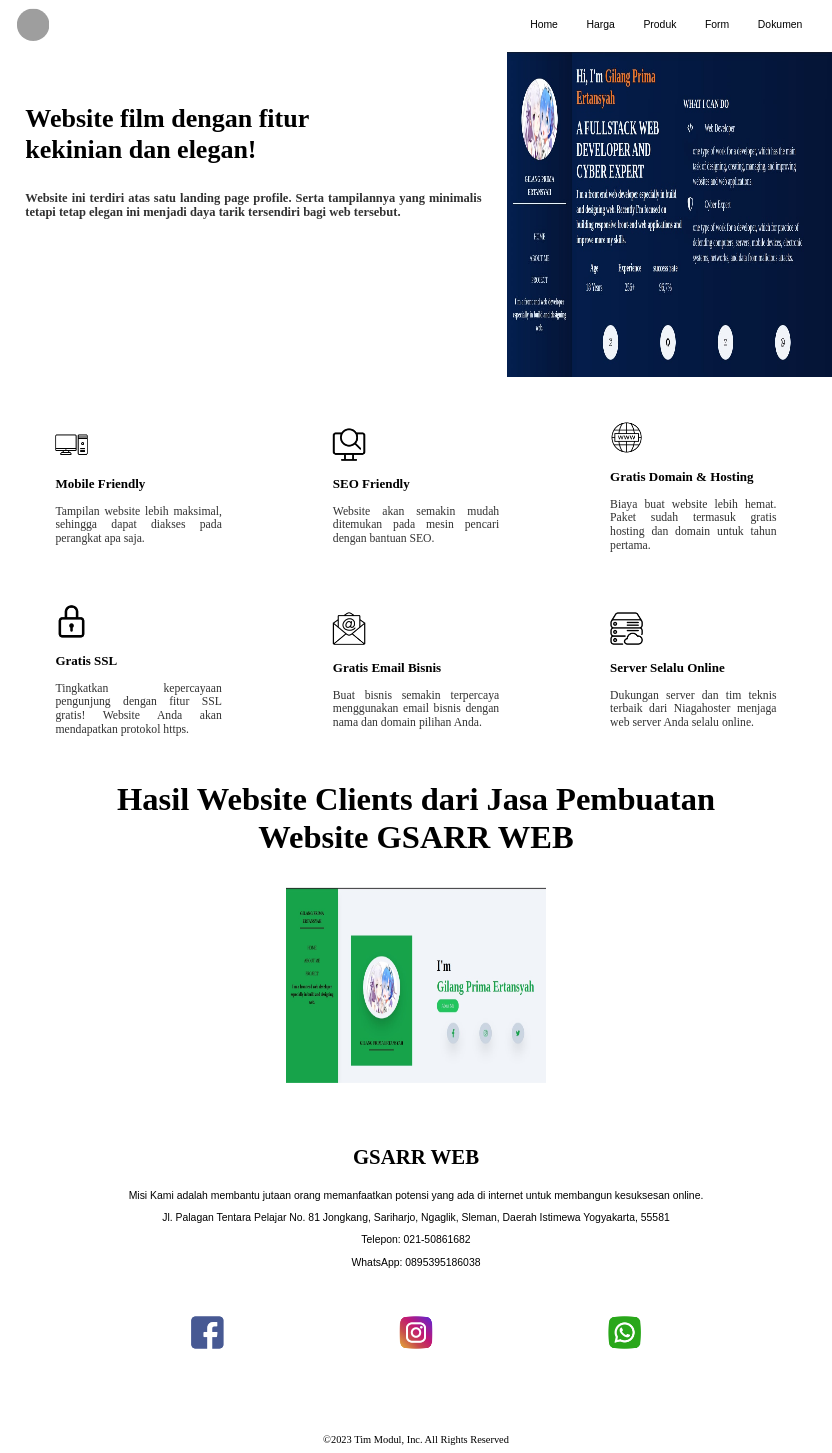
Repository: zecht12/TimModul
Page: JenisWeb/Web8.html
The author's editor kept a copy of each file at every save. The page is drawn from the files as they stood at one save, then again after the next save.
The browser window is 1280 px wide. The pictures show the whole page, at 65% of full size.
Pictures or frames that could not be fetched are drawn as grey boxes.

Above is the page before, as saved 2023-04-26 15:20:31.

### JenisWeb/Web8.html
<!DOCTYPE html>
<html lang="en">
<head>
    <meta charset="UTF-8">
    <meta http-equiv="X-UA-Compatible" content="IE=edge">
    <meta name="viewport" content="width=device-width, initial-scale=1.0">
    <link rel="stylesheet" href="../style.css">
    <script src="script.js"></script>
    <title>Document</title>
</head>
<body style="margin: auto;">
    <div>
        <div style="height: 80px; width: 100%; background-color: white;">
            <header>
                <img src="../assets/wallpaper.jpg" alt="Image" style="height: 50px; width: 50px; border-radius: 100%;" >
                <ul class="nav_links">
                    <li><a href="../TimModul.html">Home</a></li>
                    <li><a href="../TimModul.html">Harga</a></li>
                    <li><a href="../TimModul.html">Produk</a></li>
                    <li><a href="../TimModul.html">Form</a></li>
                    <li><a href="../TimModul.html">Dokumen</a></li>
                </ul>
            </headers>
        </div>
        <div style="display: flex; justify-content: space-between; align-items: start;">
            <div>
                <div style=" display: flex; justify-content: center; align-items: start;">
                    <div style="padding: 5%;">
                        <p style=" color: black; font-size: 40px; font-weight: bold; width: 80%;">Website film dengan fitur kekinian dan elegan!</p>
                        <p style="color: rgb(49, 49, 49); text-align: justify; font-weight: bold; font-size: larger;">Website ini terdiri atas satu landing page profile. Serta tampilannya yang minimalis tetapi tetap elegan ini menjadi daya tarik tersendiri bagi web tersebut.</p>
                    </div>
                </div>
            </div>
            <div>
                <img src="../assets/web4.jpg" alt="logo" width="500px" height="500px">
            </div>
        </div>
        <div style="display: flex; justify-content: space-around; align-items: center; padding-top: 5%;">
            <div style="display: flex; justify-content: center; align-items: center; width: 20%;">
                <div>
                    <img src="../assets/computer.png" alt="comp" width="50px" height="50px">
                    <p style="font-weight: bold; font-size: 20px;">Mobile Friendly</p>
                    <p style="color: rgb(49, 49, 49); text-align: justify; font-size: large;">Tampilan website lebih maksimal, sehingga dapat diakses pada perangkat apa saja.</p>
                </div>
            </div>
            <div style="display: flex; justify-content: center; align-items: center; width: 20%;">
                <div>
                    <img src="../assets/computer1.png" alt="comp" width="50px" height="50px">
                    <p style="font-weight: bold; font-size: 20px;">SEO Friendly</p>
                    <p style="color: rgb(49, 49, 49); text-align: justify; font-size: large;">Website akan semakin mudah ditemukan pada mesin pencari dengan bantuan SEO.</p>
                </div>
            </div>
            <div style="display: flex; justify-content: center; align-items: center; width: 20%;">
                <div>
                    <img src="../assets/domain.png" alt="comp" width="50px" height="50px">
                    <p style="font-weight: bold; font-size: 20px;">Gratis Domain & Hosting</p>
                    <p style="color: rgb(49, 49, 49); text-align: justify; font-size: large;">Biaya buat website lebih hemat. Paket sudah termasuk gratis hosting dan domain untuk tahun pertama.</p>
                </div>
            </div>
        </div>
        <div style="display: flex; justify-content: space-around; align-items: center; padding-top: 5%;">
            <div style="display: flex; justify-content: center; align-items: center; width: 20%;">
                <div>
                    <img src="../assets/padlock.png" alt="comp" width="50px" height="50px">
                    <p style="font-weight: bold; font-size: 20px;">Gratis SSL</p>
                    <p style="color: rgb(49, 49, 49); text-align: justify; font-size: large;">Tingkatkan kepercayaan pengunjung dengan fitur SSL gratis! Website Anda akan mendapatkan protokol https.</p>
                </div>
            </div>
            <div style="display: flex; justify-content: center; align-items: center; width: 20%;">
                <div>
                    <img src="../assets/email.png" alt="comp" width="50px" height="50px">
                    <p style="font-weight: bold; font-size: 20px;">Gratis Email Bisnis</p>
                    <p style="color: rgb(49, 49, 49); text-align: justify; font-size: large;">Buat bisnis semakin terpercaya menggunakan email bisnis dengan nama dan domain pilihan Anda.</p>
                </div>
            </div>
            <div style="display: flex; justify-content: center; align-items: center; width: 20%;">
                <div>
                    <img src="../assets/servers.png" alt="comp" width="50px" height="50px">
                    <p style="font-weight: bold; font-size: 20px;">Server Selalu Online</p>
                    <p style="color: rgb(49, 49, 49); text-align: justify; font-size: large;">Dukungan server dan tim teknis terbaik dari Niagahoster menjaga web server Anda selalu online.</p>
                </div>
            </div>
        </div>
        <div>
            <div style=" display: flex; justify-content: center; align-items: center;">
                <p style="text-align: center; color: black; font-size: 50px; font-weight: bold; width: 80%;">Hasil Website Clients dari Jasa Pembuatan Website GSARR WEB</p>
            </div>
            <div style="display: flex; justify-content: space-around; align-items: center;">
                <div style="display: flex; justify-content: center; align-items: center;">
                    <img src="../assets/web7.jpg" alt="logo" width="400px" height="300px">
                </div>
            </div>
        </div>
        <div style="height: 70vh; width: 100%; background-color: white; margin: auto; justify-content: center; align-items: center;">
            <div style="padding: 5%;">
                <p style="text-align: center; color: black; font-size: xx-large; font-weight: bold;">GSARR WEB</p>
                <p style="text-align: center; font: caption;">Misi Kami adalah membantu jutaan orang memanfaatkan potensi yang ada di internet untuk membangun kesuksesan online.</p>
                <p style="text-align: center; font: caption;">Jl. Palagan Tentara Pelajar No. 81 Jongkang, Sariharjo, Ngaglik, Sleman, Daerah Istimewa Yogyakarta, 55581</p>
                <div>
                    <p style="text-align: center; font: caption;">Telepon: 021-50861682</p>
                    <p style="text-align: center; font: caption;">WhatsApp: 0895395186038</p>
                </div>
                <div class="Social" style="display: flex; align-items: center; justify-content: space-between; background-color: transparent; gap: 20px; padding-left: 20%; padding-right: 20%; padding-top: 5%; ">
                    <a href="" style="background-color: #fff;">
                        <img src="/assets/facebook.png" alt="FB" width="50px" height="50px">
                    </a>
                    <a href="">
                        <img src="/assets/instagram.png" alt="FB" width="50px" height="50px">
                    </a>
                    <a href="">
                        <img src="/assets/whatsapp.png" alt="FB" width="50px" height="50px">
                    </a>
                </div>
            </div>
        </div>
        <div style="height: 50px; width: 100%; background-color: white; margin: auto; justify-content: center; align-items: center;">
            <p style="color: black; text-align: center; padding-top: 20px;">&copy;2023 Tim Modul, Inc. All Rights Reserved</p>
        </div>
    </div>
</body>
</html>

### style.css
body{
    height: auto;
    width: 100%;
    margin: auto;
    padding: auto;
}
header{
    display: flex;
    align-items: center;
    justify-content: space-between;
    padding-left: 2%;
    padding-right: 2%;
    padding-top: 1%;
}
li,a, button{
    font-family: "Montserrat", sans-serif;
    font-size: 16px;
    color: black;
    text-decoration: none;
}
.produk{
    padding-left: 5%;
    padding-right: 5%;
    padding-top: 3%;
    display: flex;
    justify-content: space-around;
    align-items: center;
}
.produk1{
    padding-left: 5%;
    padding-right: 5%;
    padding-top: 3%;
    display: flex;
    justify-content: space-around;
    align-items: center;
}
.produk2{
    padding-left: 5%;
    padding-right: 5%;
    padding-top: 3%;
    display: flex;
    justify-content: space-evenly;
    align-items: center;
}
.produk a:hover{
    transform: scale(110%);
}
.produk1 a:hover{
    transform: scale(110%);
}
.produk2 a:hover{
    transform: scale(110%);
}
.nav_links{
    list-style: none;
}
.nav_links li{
    display: inline-block;
    padding: 0px 20px;
}
.nav_links li a:hover{
    color: #0088a9;
}
.forms{
    height: auto;
    width: 100%;
    display: flex;
    justify-content: center;
    align-items: center;
    padding-top: 1%;
    padding-bottom: 5%;

}
label {
    color: black;
    font-weight: bold;
    width: 130px;
}
.Button {
    padding: 10px;
    border: 1px solid black;
    background-color:aliceblue;
    border-radius: 5px;
    font: inherit;
    cursor: pointer;
}
.Button:hover{
    border: 1px solid #0088a9;
    color: #0088a9;
    cursor: pointer;
}
.button1:hover{
    transform: scale(110%);
}
.Pilihan{
    margin: auto;
    padding-top: 3%;
    padding-bottom: 20px;
    font-weight: bold;
    color: black;
}
.Nama{
    width: 100%;
    height: 20px;
    margin-top: 2%;
}
.Email{
    width: 100%;
    height: 20px;
    margin-top: 2%;
}
.Formemail{
    padding-top: 5%;
}
textarea{
    width: 100%;
    height: 100px;
    margin-bottom: 5%;
}
#customers {
    font-family: Arial, Helvetica, sans-serif;
    border-collapse: collapse;
    width: 80%;
}
#customers td, #customers th {
    border: 1px solid #ddd;
    padding: 8px;
}
#customers tr:nth-child(even){background-color: #f2f2f2;}
#customers tr:hover {background-color: #ddd;}
#customers th {
    padding-top: 12px;
    padding-bottom: 12px;
    text-align: left;
    background-color: #2089dc;
    color: white;
}
.Social a:hover{
    transform: scale(110%);
}

Loaded but not shown: script.js (no copy from this time; the picture is the same without it)

After the next save:
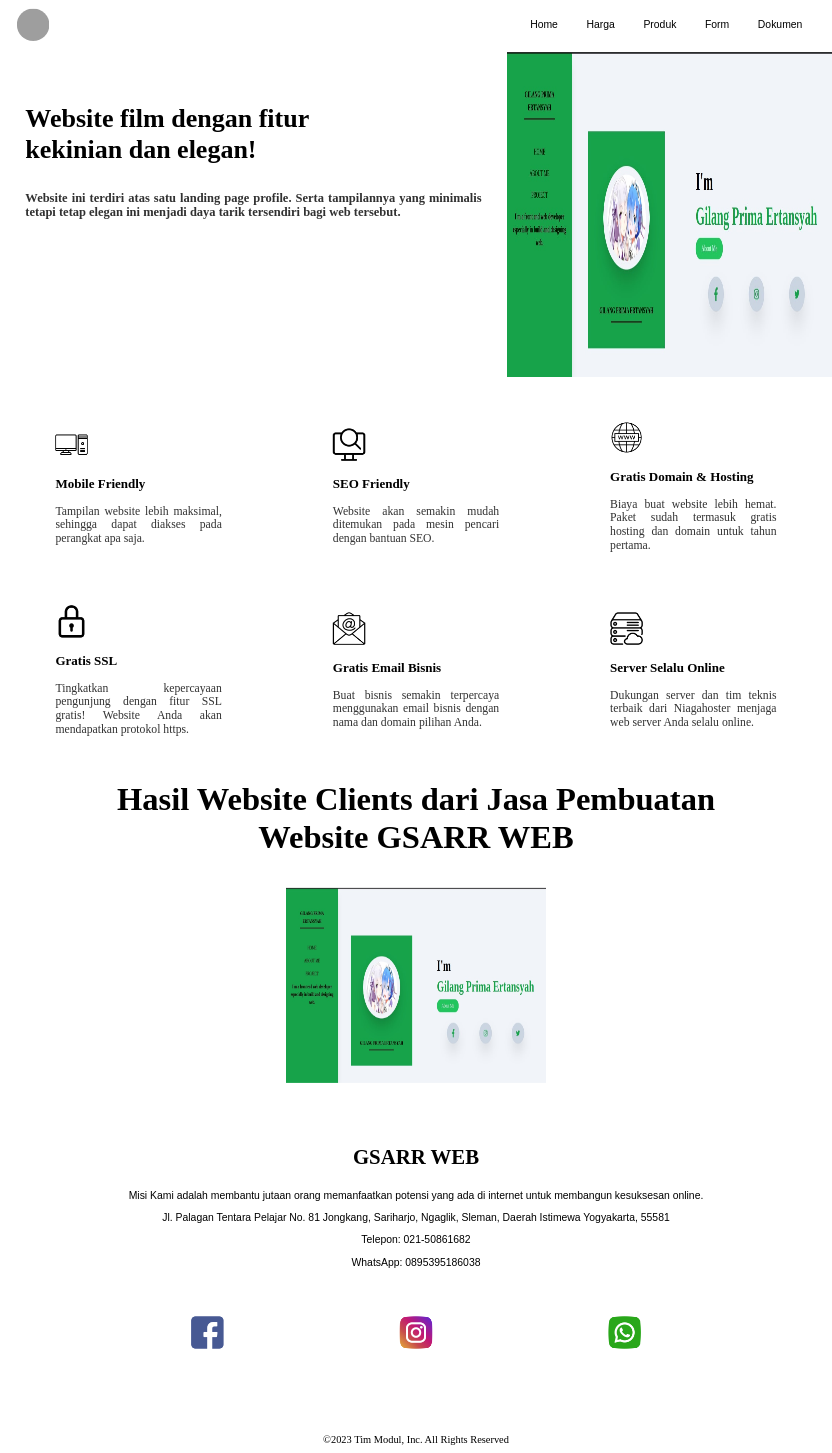
Saved 5 s later.
--- a/JenisWeb/Web8.html
+++ b/JenisWeb/Web8.html
@@ -32,7 +32,7 @@
                 </div>
             </div>
             <div>
-                <img src="../assets/web4.jpg" alt="logo" width="500px" height="500px">
+                <img src="../assets/web7.jpg" alt="logo" width="500px" height="500px">
             </div>
         </div>
         <div style="display: flex; justify-content: space-around; align-items: center; padding-top: 5%;">
